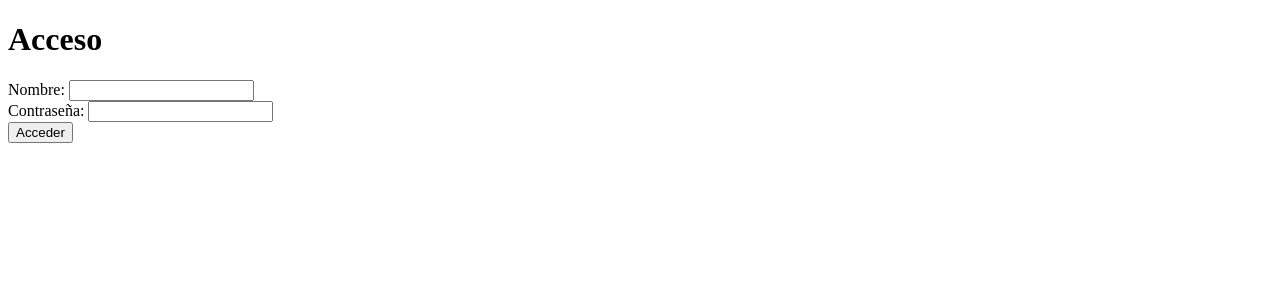
Repository: MateoSantander/Ejercicios4y5
Page: http://localhost/Ejercicio_4/JSP_login.jsp
An editor plug-in stored every save of this project. The page is shown before and after the next save, followed by the edit.
The browser window is 1280 px wide. The pictures show the whole page.
The page is served by Tomcat 9.

Above is the page before, as saved 2022-03-18 12:57:57.
Not found: Ejercicio_4/Ejercicio_4/css/estilos.css

After the next save:
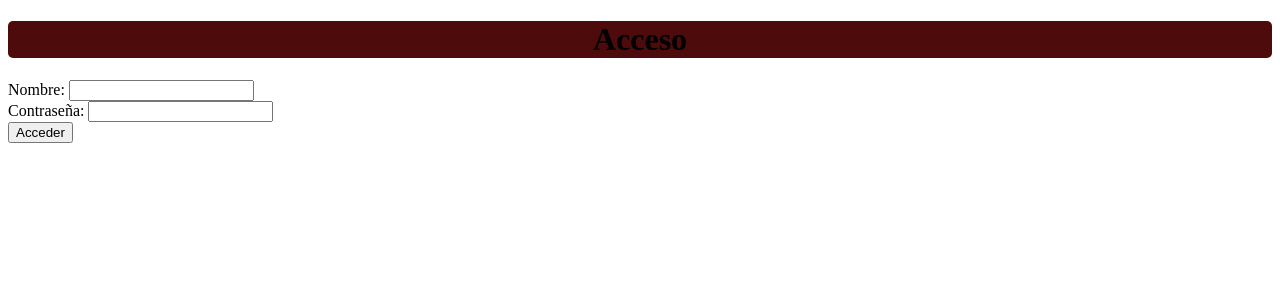
Saved 45 s later.
--- a/Ejercicio_4/src/main/webapp/JSP_login.jsp
+++ b/Ejercicio_4/src/main/webapp/JSP_login.jsp
@@ -5,7 +5,7 @@
 <head>
 <meta charset="ISO-8859-1">
 <title>Insert title here</title>
-<link rel="stylesheet" href="css/estilos.css">
+<link rel="stylesheet" href="css/design.css">
 </head>
 <body>
 			<h1>Acceso</h1>
